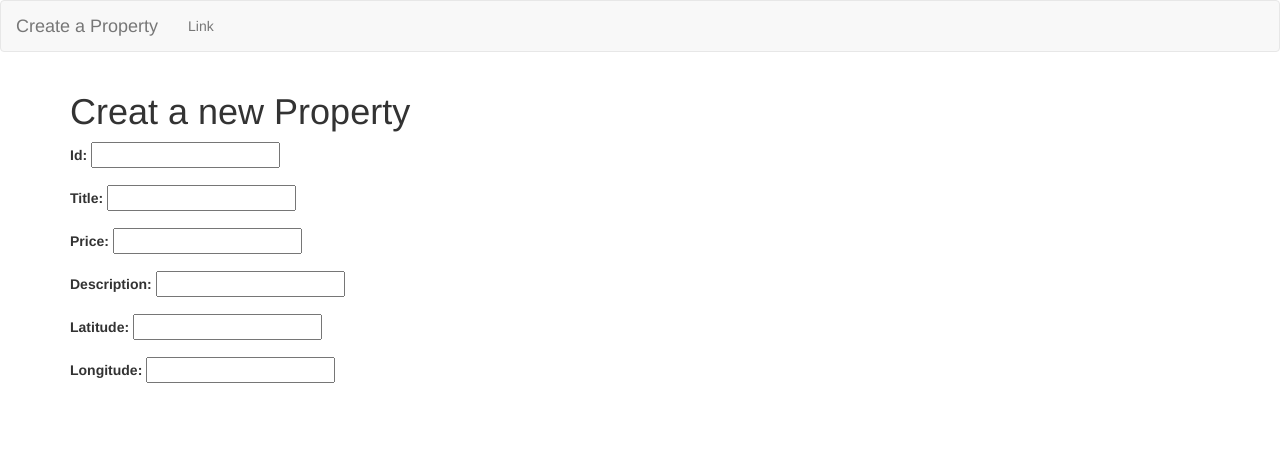
Repository: djoysilva/vivaRealChallenge
Page: http://localhost/vivaReal2.0/createProperty.jsp
An editor plug-in stored every save of this project. The page is shown before and after the next save, followed by the edit.
The browser window is 1280 px wide. The pictures show the whole page.
The page is served by Tomcat 9.

Above is the page before, as saved 2016-11-02 21:05:04.

After the next save:
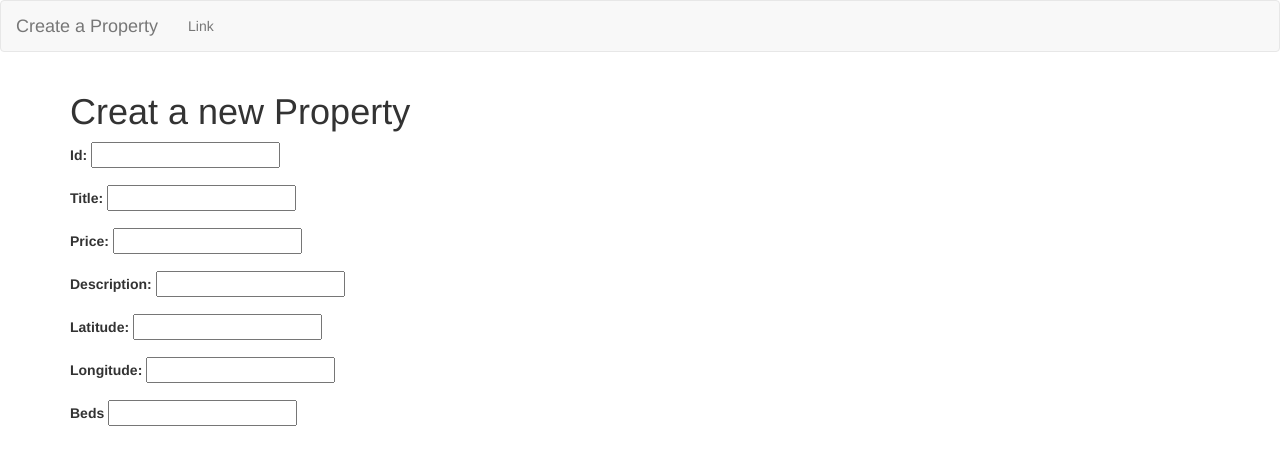
Saved 46 s later.
--- a/VivaRealWorkSpace/vivaReal2.0/WebContent/createProperty.jsp
+++ b/VivaRealWorkSpace/vivaReal2.0/WebContent/createProperty.jsp
@@ -39,6 +39,10 @@
 						<label for="idLongitude">Longitude:</label>
 						<input type="text" name="longitude" id="idLongitude">
 					</div>
+					<div class = "form-group">
+						<label for="idBeds">Beds</label>
+						<input type="text" name="beds" id="idBeds">
+					</div>
 				</form>
 			</div>
 		</div>
